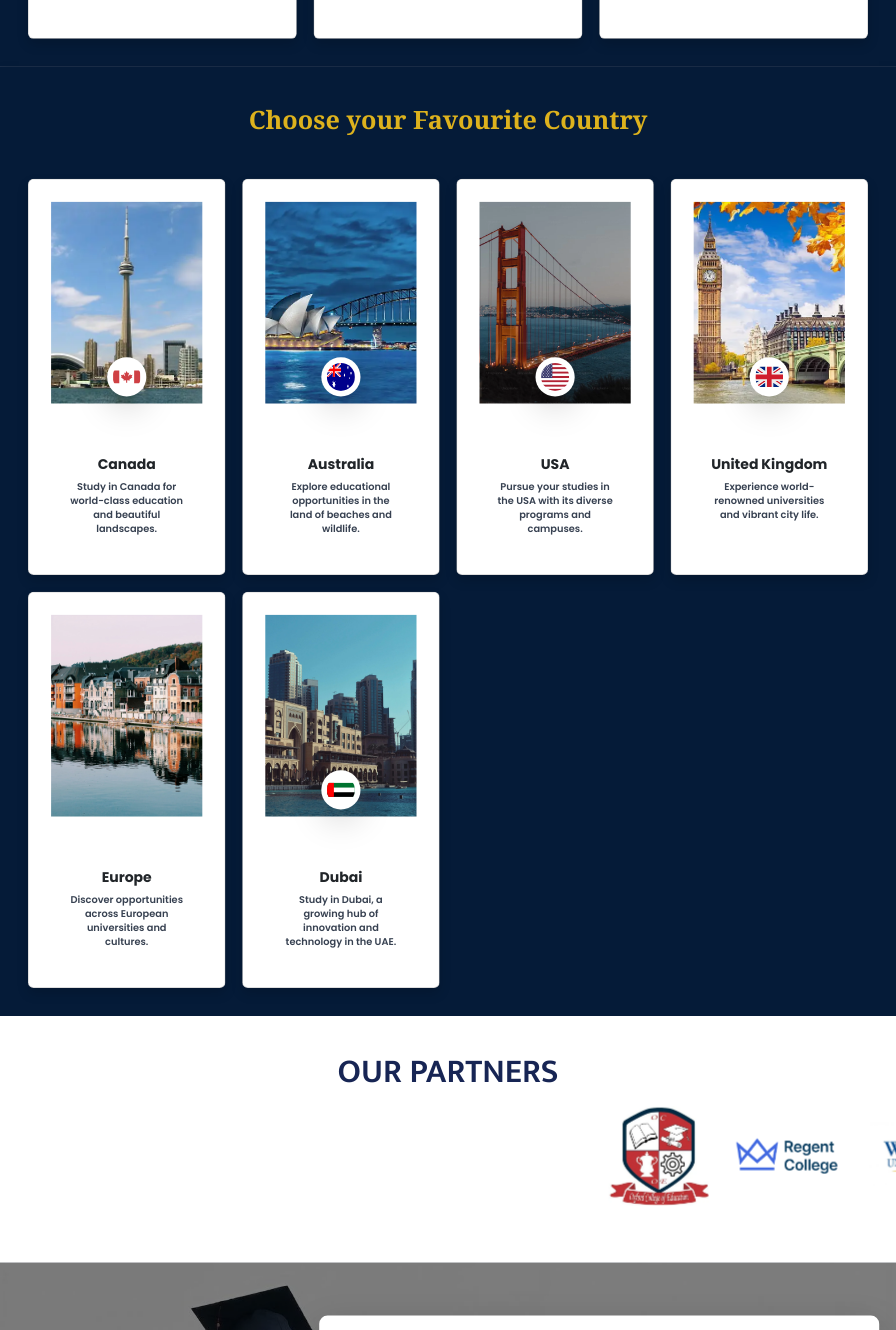
Repository: abhijeets54/d2globalbackup
Page: /
The author's editor kept a copy of each file at every save. The page is drawn from the files as they stood at one save, then again after the next save.
The browser window is 1280 px wide. The pictures show the part of the page from y = 2959 to 4859 px (the page is 5702 px tall), at 70% of full size.
Pictures or frames that could not be fetched are drawn as grey boxes. Some web fonts or font styles are not loaded; a fallback is used. The project was rebuilt for these pictures with package versions that can differ from the ones it lists, and the page was loaded fresh each time. Also part of the build but not shown: vite.config.js, src/components/Logo.jsx, src/components/Button.jsx, src/components/PostCard.jsx, src/components/Input.jsx, src/components/WhatPeopleAreSaying.jsx, src/components/PassportServiceSlider.jsx, src/components/Register.jsx and 25 more.

Above is the page before, as saved 2024-10-22 14:31:17.

### index.html
<!doctype html>
<html lang="en">
  <head>
    <meta charset="UTF-8" />
    <link rel="icon" type="image/svg+xml" href="/logo.png" />
    <meta name="viewport" content="width=device-width, initial-scale=1.0" />
    <link href="https://fonts.googleapis.com/css2?family=Gothic+A1&family=Inconsolata:wght@200..900&family=Mukta:wght@200;300;400;500;600;700;800&family=Poppins:ital,wght@0,100;0,200;0,300;0,400;0,500;0,600;0,700;0,800;0,900;1,100;1,200;1,300;1,400;1,500;1,600;1,700;1,800;1,900&display=swap" rel="stylesheet">
    <link rel="preconnect" href="https://fonts.googleapis.com">
<link rel="preconnect" href="https://fonts.gstatic.com" crossorigin>
<link href="https://fonts.googleapis.com/css2?family=Lora:ital,wght@0,400..700;1,400..700&family=Merriweather:ital,wght@0,300;0,400;0,700;0,900;1,300;1,400;1,700;1,900&family=Open+Sans:ital,wght@0,300..800;1,300..800&family=Playfair+Display:ital,wght@0,400..900;1,400..900&display=swap" rel="stylesheet">
    <link rel="preconnect" href="https://fonts.googleapis.com">
<link rel="preconnect" href="https://fonts.gstatic.com" crossorigin>
<link href="https://fonts.googleapis.com/css2?family=Lora:ital,wght@0,400..700;1,400..700&family=Merriweather:ital,wght@0,300;0,400;0,700;0,900;1,300;1,400;1,700;1,900&family=Open+Sans:ital,wght@0,300..800;1,300..800&display=swap" rel="stylesheet">
    <link rel="preconnect" href="https://fonts.googleapis.com">
<link rel="preconnect" href="https://fonts.gstatic.com" crossorigin>
<link href="https://fonts.googleapis.com/css2?family=Merriweather:ital,wght@0,300;0,400;0,700;0,900;1,300;1,400;1,700;1,900&display=swap" rel="stylesheet">
    <link href="https://cdn.jsdelivr.net/npm/bootstrap@5.3.3/dist/css/bootstrap.min.css" rel="stylesheet" integrity="sha384-QWTKZyjpPEjISv5WaRU9OFeRpok6YctnYmDr5pNlyT2bRjXh0JMhjY6hW+ALEwIH" crossorigin="anonymous">
    <link
  rel="stylesheet"
  href="https://cdnjs.cloudflare.com/ajax/libs/font-awesome/5.15.3/css/all.min.css"
/>
    <title>D2 Global</title>
  </head>
  <body class="bg-slate-400">
    <div id="root"></div>
    <script src="https://cdn.jsdelivr.net/npm/bootstrap@5.3.3/dist/js/bootstrap.bundle.min.js" integrity="sha384-YvpcrYf0tY3lHB60NNkmXc5s9fDVZLESaAA55NDzOxhy9GkcIdslK1eN7N6jIeHz" crossorigin="anonymous"></script>
    <script type="module" src="/src/main.jsx"></script>
  </body>
</html>

### src/App.jsx
import React, { useState, useEffect } from 'react'
import './App.css'
import { Footer, Header } from './components'
import { Outlet } from 'react-router-dom'


function App() {
  const [loading, setLoading] = useState(false)

  return !loading ? (
    <div className='min-h-screen flex flex-wrap content-between bg-gray-400'>
      <div className='w-full block'>
        <Header />
        <main>
        <Outlet />
        </main>
        <Footer />
      </div>
    </div>
  ) : null
}

export default App

### src/pages/Home.jsx
import React, { useState } from 'react';
import { useNavigate } from 'react-router-dom';
import Collage from '../components/Collage';
import OurAssociates from '../components/OurAssociates';
import QuickNumbers from '../components/QuickNumbers';
import WhatPeopleAreSaying from '../components/WhatPeopleAreSaying';
import PassportServiceSlider from '../components/PassportServiceSlider';
import Register from '../components/Register';
import ContactSystem from '../components/ContactSystem';
import About from '../components/About';
import Offer from '../components/Offer';
import Countries from '../components/Countries';
import PopupForm from '../components/PopupForm';
import Events from '../components/Events';
import QuickEnquiry from '../components/ContactUs/QuickEnquiry';
import Choose from '../components/Choose';
import People from '../components/People';
import CollageWithAnimations from '../components/CollageWithAnimations';
import ResultsSlideshow from '../components/Results';
function Home() {
  const navigate = useNavigate();
  const [showFullText, setShowFullText] = useState(false);

  const handleReadMore = () => {
    navigate('/About');
  };

  const handleMoreAboutUs = () => {
    setShowFullText(!showFullText);
  };

  return (
    <>

   {/* <CollageWithAnimations/> */}
   {/* <PassportServiceSlider/> */}
      {/* <PopupForm /> */}
      <QuickEnquiry />
      <Collage />

        <About />
        {/* <People/> */}
        <QuickNumbers />
        <Choose/>
        <Offer />

        {/* <Timeline /> */}



            <Countries />


            <OurAssociates />
            {/* <ResultsSlideshow/>
          <WhatPeopleAreSaying /> */}

          {/* <Events /> */}

          {/* <Register /> */}
          <ContactSystem/>


    </>
  );
}

export default Home;

### src/components/Layout.jsx
// src/components/Layout.jsx
import React from 'react';
import { Outlet, useNavigate } from 'react-router-dom';

const Layout = () => {
  const navigate = useNavigate();

  const handleDonateClick = () => {
    navigate('/Donate');
  };

  return (
    <div>
      <Outlet />
      {/* <a
        href="#top"
        className="fixed right-2 bottom-16 bg-blue-950 text-white hover:bg-yellow-500 py-1 px-2 rounded-2 h-8 w-10 mt-2"
        style={{ zIndex: 1000 }}
      >
        <img src="../../IOC Website pictures/icons8-top-50.png" alt="Go to top " />
      </a> */}
    </div>
  );
};

export default Layout;

### src/components/OurAssociates.jsx
import React from 'react';
import 'tailwindcss/tailwind.css';

const logos = [
  '/oxford.webp',
  '/regent.webp',
  '/webster.webp',
  '/avila.svg',
  '/iau.webp',
  '/bcnlip.webp',
  '/camino.webp',
  '/ihmgs.webp',
  '/uclan.webp',
  '/aura.webp',
  '/lyon.webp'
];

function OurAssociates() {
  return (
    <div className="bg-white py-10">
      <h4 className="text-center text-blue-950 mt-3 text-3xl sm:text-4xl lg:text-5xl font-semibold font-mukta">
        OUR PARTNERS
      </h4>
      <br />
      <div className="overflow-hidden relative">
        <div className="flex animate-scroll space-x-6 sm:space-x-8 lg:space-x-10">
          {/* Duplicating logos to create seamless infinite scroll */}
          {logos.concat(logos).map((logo, index) => (
            <div key={index} className="flex-shrink-0">
              <img
                src={logo}
                alt={`Logo ${index + 1}`}
                className="h-20 w-20 sm:h-28 sm:w-28 lg:h-36 lg:w-36 object-contain"
              />
            </div>
          ))}
        </div>
      </div>
      {/* Adding additional space at the bottom */}
      <div className="mt-10"></div>
    </div>
  );
}

export default OurAssociates;

### src/components/QuickNumbers.jsx
import React, { useEffect, useState, useRef } from 'react';
import CountUp from 'react-countup';
import { FaUserAlt, FaPassport, FaPlaneDeparture, FaCheckCircle } from 'react-icons/fa';
import 'tailwindcss/tailwind.css';

const data = [
  {
    icon: <FaUserAlt className="h-12 w-12 text-yellow-400 mb-2" />,
    number: 1100,
    label: 'Study Visas'
  },
  {
    icon: <FaPassport className="h-12 w-12 text-yellow-400 mb-2" />,
    number: 600,
    label: 'Spouse Open Work Visas'
  },
  {
    icon: <FaPlaneDeparture className="h-12 w-12 text-yellow-400 mb-2" />,
    number: 800,
    label: 'Tourist Visas'
  },
  {
    icon: <FaCheckCircle className="h-12 w-12 text-yellow-400 mb-2" />,
    number: 95,
    label: 'Success Ratio (%)',
    isDecimal: true,
  }
];

function QuickNumbers() {
  const [showCounts, setShowCounts] = useState(false);
  const quickNumbersRef = useRef(null);

  useEffect(() => {
    const observer = new IntersectionObserver(
      (entries) => {
        if (entries[0].isIntersecting) {
          setShowCounts(true);
        }
      },
      { threshold: 0.2 }
    );

    if (quickNumbersRef.current) {
      observer.observe(quickNumbersRef.current);
    }

    return () => {
      if (quickNumbersRef.current) {
        observer.unobserve(quickNumbersRef.current);
      }
    };
  }, []);

  return (
    <div ref={quickNumbersRef} className="bg-customBlue w-full">
      <h2 className="text-center text-2xl sm:text-4xl font-serif font-extrabold text-customYellow pt-5 mb-8">
        QUICK NUMBERS
      </h2>

      {/* Responsive Grid Layout */}
      <div className="grid grid-cols-1 sm:grid-cols-2 lg:grid-cols-4 gap-8 lg:gap-24 mt-5 pb-5">
        {data.map((item, index) => (
          <div key={index} className="text-center text-customYellow flex flex-col items-center">
            <div className="quicknumber flex flex-col justify-center items-center">
              <div className="icon mb-2">{item.icon}</div>
              <h3 className="text-2xl sm:text-4xl font-bold font-poppins"> {/* Use custom font here */}
                {showCounts && (
                  <CountUp
                    end={item.number}
                    duration={7}
                    decimals={item.isDecimal ? 2 : 0}
                    suffix={item.isDecimal ? "%" : "+"}
                  />
                )}
              </h3>
              <p className="mt-2 text-base sm:text-xl font-mukta"> {/* Use custom font here */}
                {item.label}
              </p>
            </div>
          </div>
        ))}
      </div>
    </div>
  );
}

export default QuickNumbers;

### src/components/ContactSystem.jsx
import React, { useState, useRef } from 'react';
import { motion, AnimatePresence } from 'framer-motion';
import { FaPaperPlane, FaMapMarkerAlt } from 'react-icons/fa';
import emailjs from '@emailjs/browser';

const WorldMapContact = () => {
  const [formData, setFormData] = useState({
    name: '',
    email: '',
    subject: '',
    phone: '',
    message: '',
    country: '',
  });
  const [responseMessage, setResponseMessage] = useState('');
  const form = useRef();
  const [selectedCountry, setSelectedCountry] = useState(null);
  const [showForm, setShowForm] = useState(false);

  const countries = {
    UK: { x: 540, y: 90, name: 'United Kingdom' },
    Canada: { x: 220, y: 100, name: 'Canada' },
    Europe: { x: 630, y: 140, name: 'Europe' },
    USA: { x: 290, y: 180, name: 'United States' },
    Dubai: { x: 710, y: 230, name: 'Dubai' },
    Australia: { x: 910, y: 380, name: 'Australia' },
  };

  const handlePinClick = (country, e) => {
    e.stopPropagation();
    setSelectedCountry(country);
    setFormData({ ...formData, country: countries[country].name });
    setShowForm(true);
  };

  const closeForm = () => {
    setShowForm(false);
    setSelectedCountry(null);
  };

  const handleChange = (e) => {
    setFormData({ ...formData, [e.target.name]: e.target.value });
  };

  const handleSubmit = async (e) => {
    e.preventDefault();
    emailjs
      .sendForm('service_3x7bjfj', 'template_530xg64', form.current, {
        publicKey: 'I7UB0PZBIaKgzxane',
      })
      .then(
        () => {
          setResponseMessage('Message sent successfully!');
          setFormData({ name: '', email: '', subject: '', phone: '', country: '', message: '' });
        },
        (error) => {
          setResponseMessage('Error submitting form. Please try again.');
          console.log('Failed...', error.text);
        }
      );
  };

  return (
    <div
      className="h-[80vh] bg-cover bg-center bg-no-repeat relative overflow-hidden"
      style={{ backgroundImage: 'url(/register/form1.webp)' }}
    >
      <div className="absolute inset-0 bg-black bg-opacity-50" />
      <div className="relative h-full max-w-7xl mx-auto flex items-center px-4 justify-items-end flex-col md:flex-row">
        {/* Left side text */}
        <div className="md:w-1/3 pr-8">
          <h2 className="text-3xl md:text-5xl font-bold text-white leading-tight text-center md:text-left">
            Choose Your Destination
          </h2>
          <p className="text-lg md:text-xl text-gray-200 mt-4 text-center md:text-left">
            Select a location on the map to begin your educational journey
          </p>
        </div>

        {/* Map section */}
        <motion.div
          initial={{ opacity: 0, y: 20 }}
          animate={{ opacity: 1, y: 0 }}
          className="w-full md:w-2/3 max-w-[900px] bg-white bg-opacity-95 rounded-xl shadow-lg p-6 mt-6 md:mt-0 ml-0 md:ml-8"
        >


          <div className="relative">
            <svg viewBox="0 0 1200 600" className="w-full h-auto" preserveAspectRatio="xMidYMid meet">
              <image href="/register/world.svg" width="100%" height="100%" />

              {Object.entries(countries).map(([code, { x, y, name }], index) => (
                <motion.g
                  key={code}
                  initial={{ y: -50, opacity: 0 }}
                  animate={{ y: 0, opacity: 1 }}
                  transition={{
                    type: 'spring',
                    stiffness: 100,
                    damping: 10,
                    delay: index * 0.2,
                  }}
                  onClick={(e) => handlePinClick(code, e)}
                  className="cursor-pointer"
                  whileHover={{ scale: 1.1 }}
                >
                  <image href="/register/pin.svg" x={x - 12} y={y - 24} width="40" height="40" />
                  <rect
                    x={x - 90}  // Increased width
                    y={y - 50}  // Adjusted position
                    width="170"  // Increased width
                    height="50"  // Increased height
                    fill="white"
                    opacity="1.0"
                    rx="8"
                    className="drop-shadow-lg"
                  />
                  <text
                    x={x}
                    y={y - 16}
                    textAnchor="middle"
                    className="text-xl font-bold custom-font-class"  // Use your custom font class here
                  >
                    {name}
                  </text>
                </motion.g>
              ))}
            </svg>
          </div>
        </motion.div>
      </div>

      {/* Modal Form */}
      <AnimatePresence>
        {showForm && (
          <div
            className="fixed inset-0 bg-black bg-opacity-50 flex items-center justify-center p-4 z-50"
            onClick={closeForm}
          >
            <motion.div
              initial={{ scale: 0.9, opacity: 0 }}
              animate={{ scale: 1, opacity: 1 }}
              exit={{ scale: 0.9, opacity: 0 }}
              className="bg-white rounded-xl shadow-xl p-6 max-w-4xl w-full flex flex-col md:flex-row"
              onClick={(e) => e.stopPropagation()}
            >
              {/* Form Section */}
              <div className="md:w-3/4 p-6">
                <div className="flex justify-between items-center mb-4">
                  <h2 className="text-xl font-bold">Contact Us - {formData.country}</h2>
                  <button
                    onClick={closeForm}
                    className="text-gray-500 hover:text-gray-700 text-xl"
                  >
                    ×
                  </button>
                </div>

                <form className="space-y-3" onSubmit={handleSubmit} ref={form}>
                  {responseMessage && (
                    <motion.p
                      initial={{ opacity: 0 }}
                      animate={{ opacity: 1 }}
                      className="text-center text-green-600 mb-2 p-2 bg-green-100 rounded-md text-sm"
                    >
                      {responseMessage}
                    </motion.p>
                  )}
                  {['name', 'phone', 'email', 'subject'].map((field) => (
                    <div key={field}>
                      <label className="block text-gray-700 text-xs font-semibold mb-1" htmlFor={field}>
                        {field.charAt(0).toUpperCase() + field.slice(1)}
                      </label>
                      <input
                        className="w-full px-3 py-2 text-sm text-gray-700 border rounded-lg focus:outline-none focus:border-blue-500 transition duration-300"
                        id={field}
                        type={field === 'email' ? 'email' : 'text'}
                        name={field}
                        value={formData[field]}
                        onChange={handleChange}
                        required
                      />
                    </div>
                  ))}
                  <div>
                    <label className="block text-gray-700 text-xs font-semibold mb-1" htmlFor="country">
                      Country (Preferred)
                    </label>
                    <select
                      className="w-full px-3 py-2 text-sm text-gray-700 border rounded-lg focus:outline-none focus:border-blue-500 transition duration-300"
                      id="country"
                      name="country"
                      value={formData.country}
                      onChange={handleChange}
                      required
                    >
                      <option value="" disabled>Select a country</option>
                      {Object.values(countries).map(({ name }) => (
                        <option key={name} value={name}>{name}</option>
                      ))}
                    </select>
                  </div>
                  <div>
                    <label className="block text-gray-700 text-xs font-semibold mb-1" htmlFor="message">
                      Message
                    </label>
                    <textarea
                      className="w-full px-3 py-2 text-sm text-gray-700 border rounded-lg focus:outline-none focus:border-blue-500 transition duration-300"
                      id="message"
                      rows="4"
                      name="message"
                      value={formData.message}
                      onChange={handleChange}
                      required
                    ></textarea>
                  </div>

                  <div className="text-center">
                    <motion.button
                      whileHover={{ scale: 1.05 }}
                      whileTap={{ scale: 0.95 }}
                      className="bg-blue-600 text-white py-2 px-6 rounded-full text-sm font-semibold flex items-center justify-center mx-auto transition duration-300 hover:bg-blue-700 focus:outline-none focus:ring-2 focus:ring-blue-500 focus:ring-opacity-50"
                      type="submit"
                    >
                      <FaPaperPlane className="mr-2" />
                      Send Message
                    </motion.button>
                  </div>
                </form>
              </div>

              {/* Address Section */}
              <div className="md:w-1/4 p-6 bg-gray-50 flex flex-col justify-between rounded-r-xl">
                <h3 className="text-2xl font-bold mb-4 text-gray-800">Visit Us Today!</h3>
                <div className="space-y-4">
                  <div>
                    <p className="font-semibold text-gray-700">Main Branch:</p>
                    <p className="text-sm text-gray-600 flex items-start mt-1">
                      <FaMapMarkerAlt className="mr-2 mt-1 flex-shrink-0" />
                      Maks Shopping Plaza, Dugri Road, Model Town, Ludhiana
                    </p>
                  </div>
                  <div>
                    <p className="font-semibold text-gray-700">Second Branch:</p>
                    <p className="text-sm text-gray-600 flex items-start mt-1">
                      <FaMapMarkerAlt className="mr-2 mt-1 flex-shrink-0" />
                      Rattan Bazar Adda, Near Hungry Point Restaurant, Jodhan, Ludhiana
                    </p>
                  </div>
                </div>
              </div>
            </motion.div>
          </div>
        )}
      </AnimatePresence>
    </div>
  );
};

export default WorldMapContact;

### src/components/container/Container.jsx
import React from 'react'

function Container({ children }) {
  return <div className='w-full'>{children}</div>
}

export default Container

Loaded but not shown: tailwind.config.js (53 lines, source omitted); src/components/index.js (19 lines, source omitted); src/components/Header/Header.jsx (248 lines, source omitted); src/components/Countries.jsx (147 lines, source omitted); src/components/ContactUs/QuickEnquiry.jsx (178 lines, source omitted); src/components/Collage.jsx (159 lines, source omitted); src/components/Choose.jsx (166 lines, source omitted); src/App.css (212 lines, source omitted); src/components/ContactUs/ContactUs.jsx (68 lines, source omitted); src/index.css (166 lines, source omitted); src/components/Offer.jsx (75 lines, source omitted); src/main.jsx (66 lines, source omitted); src/components/About.jsx (84 lines, source omitted)

After the next save:
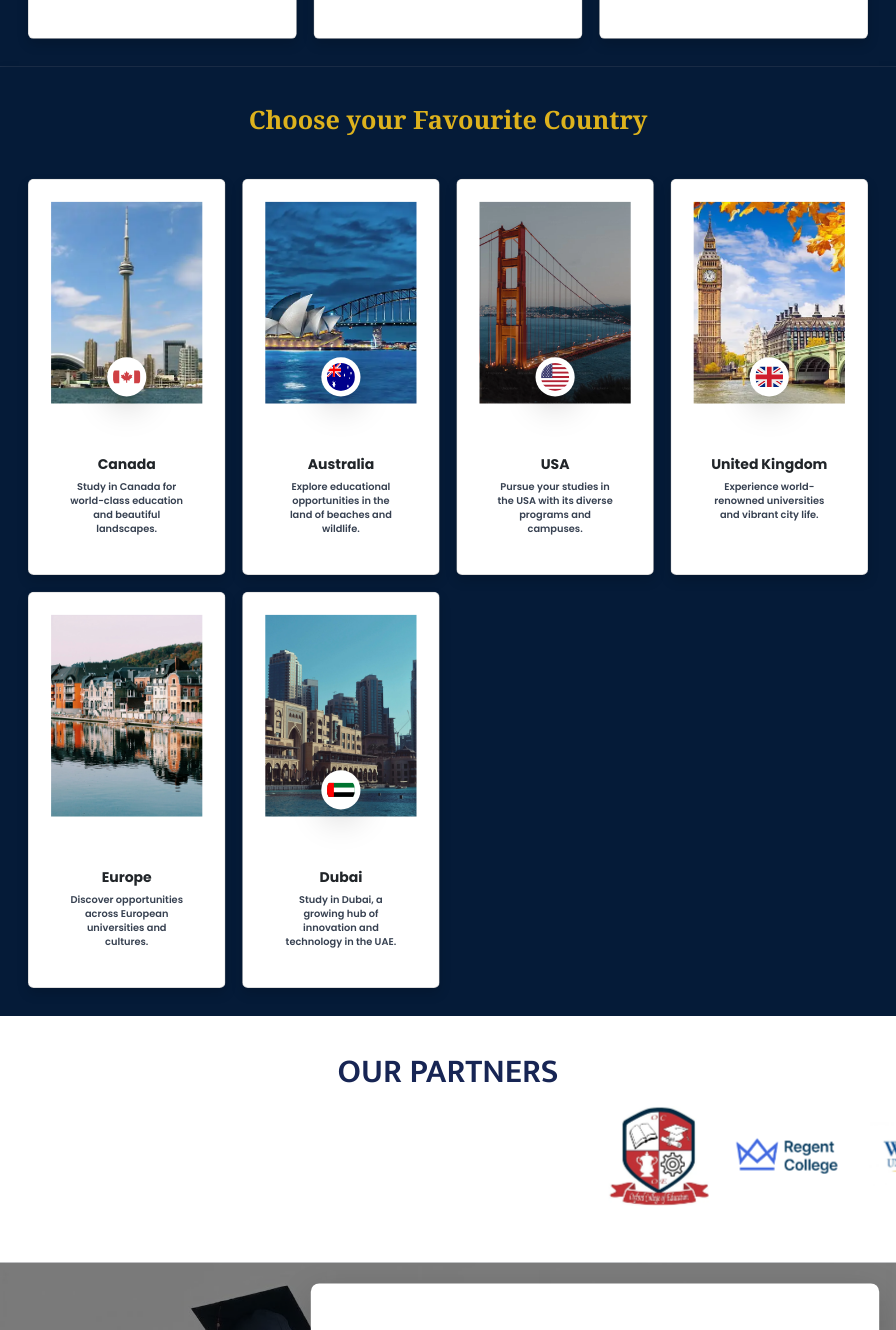
Saved 2 min 52 s later.
--- a/src/components/ContactSystem.jsx
+++ b/src/components/ContactSystem.jsx
@@ -68,7 +68,7 @@
       <div className="absolute inset-0 bg-black bg-opacity-50" />
       <div className="relative h-full max-w-7xl mx-auto flex items-center px-4 justify-items-end flex-col md:flex-row">
         {/* Left side text */}
-        <div className="md:w-1/3 pr-8">
+        <div className="md:w-1/4 pr-8 ml-12">
           <h2 className="text-3xl md:text-5xl font-bold text-white leading-tight text-center md:text-left">
             Choose Your Destination
           </h2>
@@ -81,12 +81,10 @@
         <motion.div
           initial={{ opacity: 0, y: 20 }}
           animate={{ opacity: 1, y: 0 }}
-          className="w-full md:w-2/3 max-w-[900px] bg-white bg-opacity-95 rounded-xl shadow-lg p-6 mt-6 md:mt-0 ml-0 md:ml-8"
+          className="w-full md:w-3/4 max-w-[1100px] bg-white bg-opacity-95 rounded-xl shadow-lg p-6 mt-6 md:mt-0 ml-0 md:ml-16"
         >
-
-
           <div className="relative">
-            <svg viewBox="0 0 1200 600" className="w-full h-auto" preserveAspectRatio="xMidYMid meet">
+            <svg viewBox="0 0 1200 600" className="w-full h-[65vh]" preserveAspectRatio="xMidYMid meet">
               <image href="/register/world.svg" width="100%" height="100%" />
 
               {Object.entries(countries).map(([code, { x, y, name }], index) => (
@@ -106,10 +104,10 @@
                 >
                   <image href="/register/pin.svg" x={x - 12} y={y - 24} width="40" height="40" />
                   <rect
-                    x={x - 90}  // Increased width
-                    y={y - 50}  // Adjusted position
-                    width="170"  // Increased width
-                    height="50"  // Increased height
+                    x={x - 90}
+                    y={y - 50}
+                    width="170"
+                    height="50"
                     fill="white"
                     opacity="1.0"
                     rx="8"
@@ -119,7 +117,7 @@
                     x={x}
                     y={y - 16}
                     textAnchor="middle"
-                    className="text-xl font-bold custom-font-class"  // Use your custom font class here
+                    className="text-xl font-bold custom-font-class"
                   >
                     {name}
                   </text>
